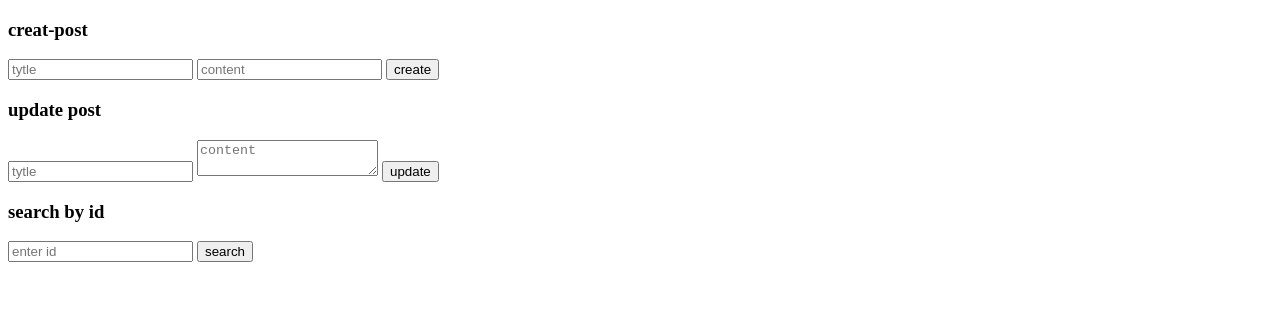
Repository: elchananChen/IITC-ELCHANAN
Page: 2024/10/14CRUD/index.html
An editor plug-in stored every save of this project. The page is shown before and after the next save, followed by the edit.
The browser window is 1280 px wide. The pictures show the whole page.

Above is the page before, as saved 2024-10-15 00:44:35.

### 2024/10/14CRUD/index.html
<!DOCTYPE html>
<html lang="en">
  <head>
    <meta charset="UTF-8" />
    <meta name="viewport" content="width=device-width, initial-scale=1.0" />
    <title>Document</title>
  </head>
  <body>
    <h3>creat-post</h3>
    <form class="creat-post">
      <input name="title" type="text" placeholder="tytle" />
      <input name="content" type="text" placeholder="content" />
      <button class="create-btn">create</button>
    </form>
    <h3>update post</h3>
    <form class="update-post">
      <input name="title" type="text" placeholder="tytle" />
      <textarea name="content" placeholder="content"></textarea>
      <button class="update-btn">update</button>
    </form>
    <h3>search by id</h3>
    <form class="get-by-id">
      <input name="get-by-id" type="text" placeholder="enter id" />
      <button class="get-by-id">search</button>
    </form>
    <ul></ul>

    <script src="https://cdn.jsdelivr.net/npm/axios/dist/axios.min.js"></script>
    <script src="main.js"></script>
  </body>
</html>

### 2024/10/14CRUD/main.js
const ulEl = document.querySelector("ul");

const randerAllPosts = async () => {
  try {
    const response = await axios.get(
      "https://api-playground-ten.vercel.app/posts"
    );
    console.log("All posts:", response.data);
    const data = response.data;
    data.forEach((currentPost) => {
      ulEl.innerHTML += `<li>
         <div>
         <h2>${currentPost.title}</h2>
         <p>${currentPost.content}</p>
         </div>
         </li>`;
    });
  } catch (error) {
    console.error(
      "Error fetching posts:",
      error.response?.data || error.message
    );
  }
};
// getAllPosts();

async function randerpost(ID) {
  try {
    const response = await axios.get(
      `https://api-playground-ten.vercel.app/posts/${ID}`
    );
    console.log("All posts:", response.data);
    const data = response.data;
    ulEl.innerHTML += `<li>
        <div>
        <h2>${data.title}</h2>
        <p>${data.content}</p>
        </div>
     </li>`;
  } catch (error) {
    console.error(
      "Error fetching posts:",
      error.response?.data || error.message
    );
  }
}

async function creatPost(tytle, content) {
  try {
    const response = await axios.post(
      `https://api-playground-ten.vercel.app/posts`,
      {
        title: tytle,
        content: content,
      }
    );
    console.log("Post created:", response.data);
    return response.data;
  } catch (error) {
    console.error(
      "Error creating post:",
      error.response?.data || error.message
    );
  }
}
// creatPost("yay", "yampampus and me");

async function createAndRander(title, content) {
  const data = await creatPost(title, content);
  randerpost(data._id);
}
// createAndRander("binary", "nambers 0 1");

// const baba = {
// name: "baba",
// contect: {
//     // banana: "yami",
//     phone: "03023",
// },
// };

// const {
// contect: { phone },
// } = baba;

// console.log(phone);

After the next save:
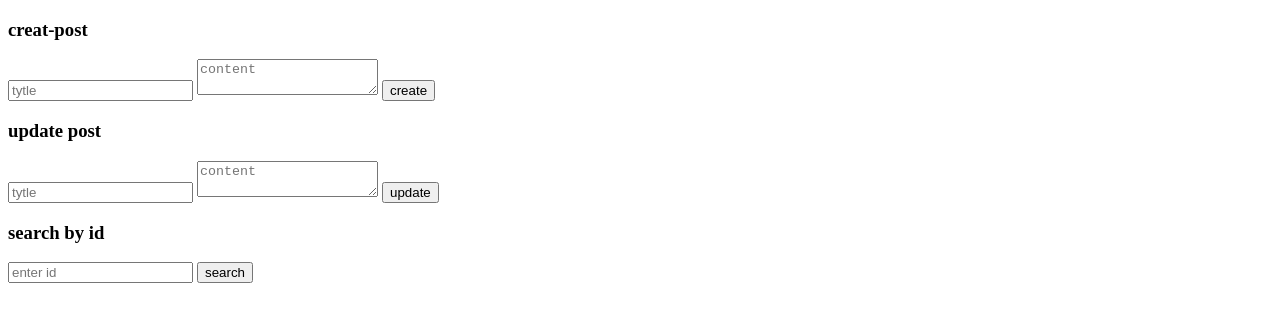
Saved 14 s later.
--- a/2024/10/14CRUD/index.html
+++ b/2024/10/14CRUD/index.html
@@ -9,7 +9,7 @@
     <h3>creat-post</h3>
     <form class="creat-post">
       <input name="title" type="text" placeholder="tytle" />
-      <input name="content" type="text" placeholder="content" />
+      <textarea name="content" placeholder="content"></textarea>
       <button class="create-btn">create</button>
     </form>
     <h3>update post</h3>
